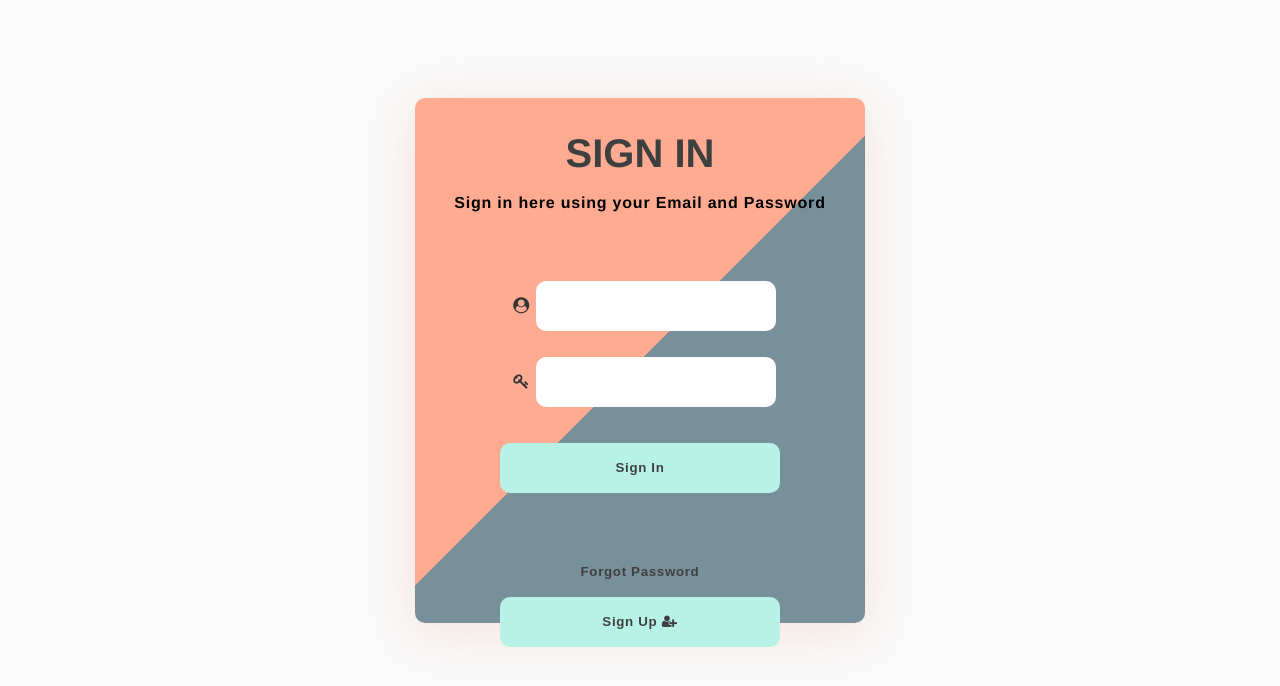
Repository: DhanushPrabha22/Zoho-Mini-Project
Page: http://localhost/ToDo_List/
An editor plug-in stored every save of this project. The page is shown before and after the next save, followed by the edit.
The browser window is 1280 px wide. The pictures show the whole page.
Some web libraries are served in a nearby version. The page is served by Tomcat 9.

Above is the page before, as saved 2021-03-17 06:03:51.

After the next save:
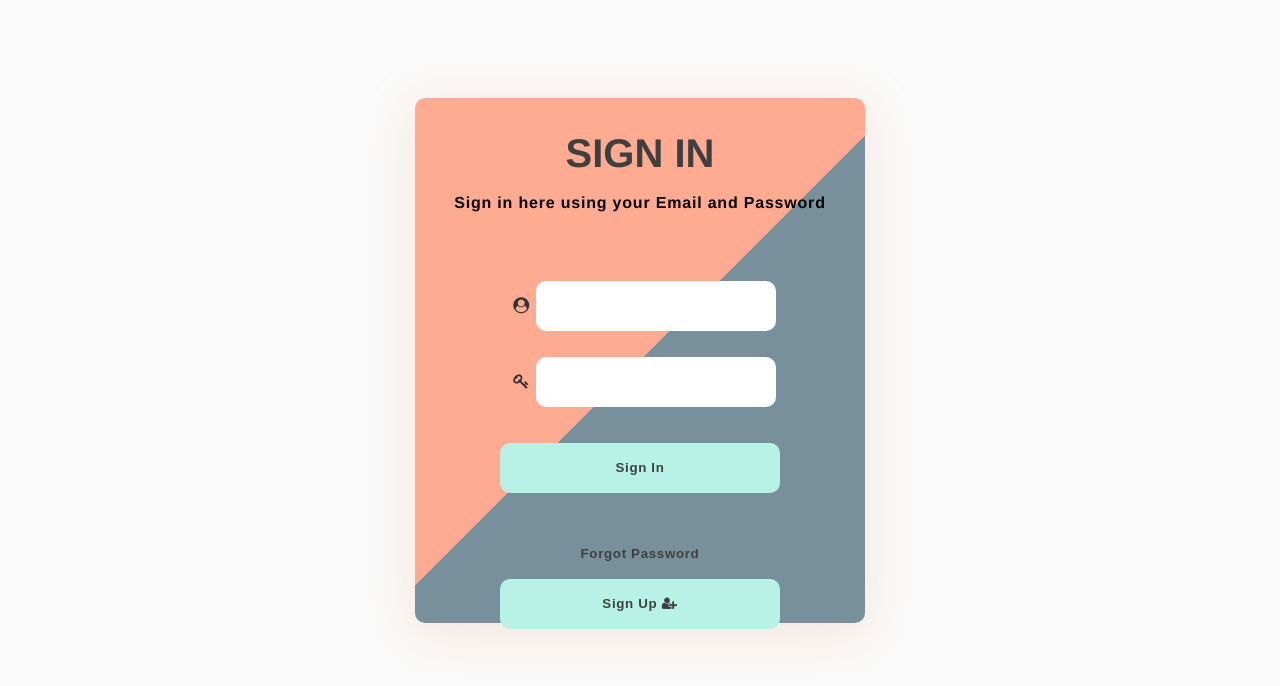
Saved 18 s later.
--- a/Todo Eclipse/ToDo_List/WebContent/sign_in.jsp
+++ b/Todo Eclipse/ToDo_List/WebContent/sign_in.jsp
@@ -44,7 +44,7 @@ Created By Dhanush L
 					<br><br><br>
 					<html:submit styleClass="sign-up button" value="Sign In"/>
 				</html:form>
-				<br><br><br>
+				<br><br>
 				<!--   other buttons -->
 				<div class="other">
 					<!--      Forgot Password button-->
